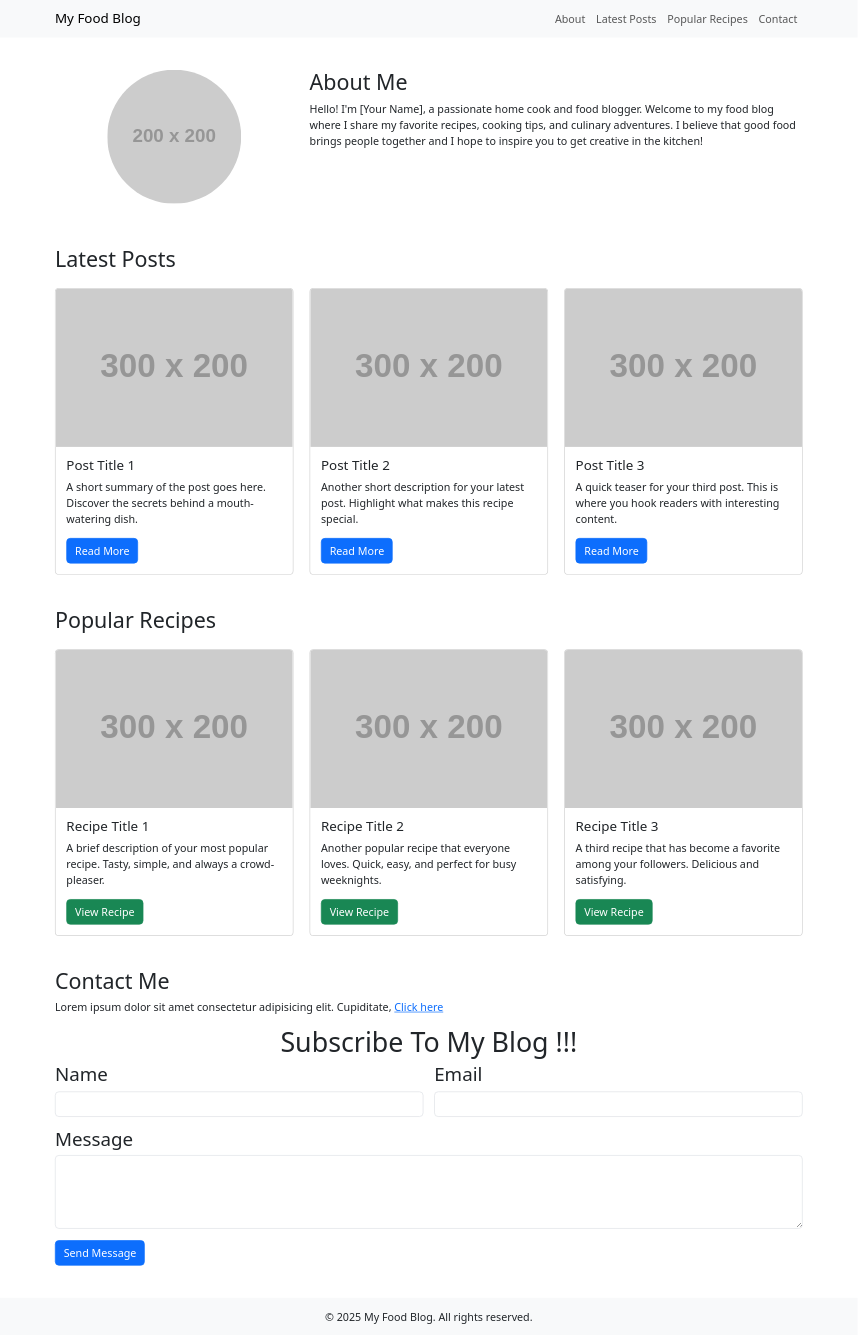
Repository: arunyerram/Web-TEChnologies
Page: 15.03.2025.html
An editor plug-in stored every save of this project. The page is shown before and after the next save, followed by the edit.
The browser window is 1280 px wide. The pictures show the whole page, at 67% of full size.

Above is the page before, as saved 2025-03-19 11:24:03.

### 15.03.2025.html
<!DOCTYPE html>
<html lang="en">
<head>
  <meta charset="UTF-8" />
  <meta name="viewport" content="width=device-width, initial-scale=1" />
  <title>My Food Blog</title>
  <!-- Bootstrap 5 CSS -->
  <link
    href="https://cdn.jsdelivr.net/npm/bootstrap@5.3.0/dist/css/bootstrap.min.css"
    rel="stylesheet"
  />
</head>
<body>

  <!-- ======= Header / Navbar ======= -->
  <header>
    <nav class="navbar navbar-expand-lg navbar-light bg-light">
      <div class="container">
        <a class="navbar-brand" href="#">My Food Blog</a>
        <button
          class="navbar-toggler"
          type="button"
          data-bs-toggle="collapse"
          data-bs-target="#navbarSupportedContent"
          aria-controls="navbarSupportedContent"
          aria-expanded="false"
          aria-label="Toggle navigation"
        >
          <span class="navbar-toggler-icon"></span>
        </button>

        <div class="collapse navbar-collapse" id="navbarSupportedContent">
          <ul class="navbar-nav ms-auto mb-2 mb-lg-0">
            <li class="nav-item">
              <a class="nav-link" href="#about">About</a>
            </li>
            <li class="nav-item">
              <a class="nav-link" href="#latest-posts">Latest Posts</a>
            </li>
            <li class="nav-item">
              <a class="nav-link" href="#popular-recipes">Popular Recipes</a>
            </li>
            <li class="nav-item">
              <a class="nav-link" href="#contact">Contact</a>
            </li>
          </ul>
        </div>
      </div>
    </nav>
  </header>

  <!-- ======= Main Content ======= -->
  <main class="container my-5">

    <!-- About Section -->
    <section id="about" class="mb-5">
      <div class="row">
        <div class="col-md-4 text-center">
          <!-- Replace with your own image -->
          <img
            src="https://via.placeholder.com/200"
            alt="Author"
            class="img-fluid rounded-circle mb-3"
          />
        </div>
        <div class="col-md-8">
          <h2>About Me</h2>
          <p>
            Hello! I'm [Your Name], a passionate home cook and food blogger.
            Welcome to my food blog where I share my favorite recipes,
            cooking tips, and culinary adventures. I believe that good food
            brings people together and I hope to inspire you to get creative
            in the kitchen!
          </p>
        </div>
      </div>
    </section>

    <!-- Latest Blog Posts -->
    <section id="latest-posts" class="mb-5">
      <h2 class="mb-4">Latest Posts</h2>
      <div class="row row-cols-1 row-cols-md-3 g-4">
        <!-- Card 1 -->
        <div class="col">
          <div class="card">
            <img
              src="https://via.placeholder.com/300x200"
              class="card-img-top"
              alt="Post Image 1"
            />
            <div class="card-body">
              <h5 class="card-title">Post Title 1</h5>
              <p class="card-text">
                A short summary of the post goes here. Discover the secrets
                behind a mouth-watering dish.
              </p>
              <a href="#" class="btn btn-primary">Read More</a>
            </div>
          </div>
        </div>
        <!-- Card 2 -->
        <div class="col">
          <div class="card">
            <img
              src="https://via.placeholder.com/300x200"
              class="card-img-top"
              alt="Post Image 2"
            />
            <div class="card-body">
              <h5 class="card-title">Post Title 2</h5>
              <p class="card-text">
                Another short description for your latest post. Highlight
                what makes this recipe special.
              </p>
              <a href="#" class="btn btn-primary">Read More</a>
            </div>
          </div>
        </div>
        <!-- Card 3 -->
        <div class="col">
          <div class="card">
            <img
              src="https://via.placeholder.com/300x200"
              class="card-img-top"
              alt="Post Image 3"
            />
            <div class="card-body">
              <h5 class="card-title">Post Title 3</h5>
              <p class="card-text">
                A quick teaser for your third post. This is where you hook
                readers with interesting content.
              </p>
              <a href="#" class="btn btn-primary">Read More</a>
            </div>
          </div>
        </div>
      </div>
    </section>

    <!-- Popular Recipes -->
    <section id="popular-recipes" class="mb-5">
      <h2 class="mb-4">Popular Recipes</h2>
      <div class="row row-cols-1 row-cols-md-3 g-4">
        <!-- Recipe Card 1 -->
        <div class="col">
          <div class="card">
            <img
              src="https://via.placeholder.com/300x200"
              class="card-img-top"
              alt="Recipe Image 1"
            />
            <div class="card-body">
              <h5 class="card-title">Recipe Title 1</h5>
              <p class="card-text">
                A brief description of your most popular recipe. Tasty,
                simple, and always a crowd-pleaser.
              </p>
              <a href="#" class="btn btn-success">View Recipe</a>
            </div>
          </div>
        </div>
        <!-- Recipe Card 2 -->
        <div class="col">
          <div class="card">
            <img
              src="https://via.placeholder.com/300x200"
              class="card-img-top"
              alt="Recipe Image 2"
            />
            <div class="card-body">
              <h5 class="card-title">Recipe Title 2</h5>
              <p class="card-text">
                Another popular recipe that everyone loves. Quick, easy, and
                perfect for busy weeknights.
              </p>
              <a href="#" class="btn btn-success">View Recipe</a>
            </div>
          </div>
        </div>
        <!-- Recipe Card 3 -->
        <div class="col">
          <div class="card">
            <img
              src="https://via.placeholder.com/300x200"
              class="card-img-top"
              alt="Recipe Image 3"
            />
            <div class="card-body">
              <h5 class="card-title">Recipe Title 3</h5>
              <p class="card-text">
                A third recipe that has become a favorite among your
                followers. Delicious and satisfying.
              </p>
              <a href="#" class="btn btn-success">View Recipe</a>
            </div>
          </div>
        </div>
      </div>
    </section>

    <!-- Contact Section -->
    <section id="contact">
      <h2 >Contact Me</h2>
      <p>Lorem ipsum dolor sit amet consectetur adipisicing elit. Cupiditate, <a href="#">Click here</a></p>
    </section>


    <section>
      <h1 style="text-align : center"> Subscribe To My Blog !!!</h1>
      <h3
      <form class="row g-3 needs-validation" novalidate>
        <div class="col-md-6">
          <label for="name" class="form-label">Name</label>
          <input
            type="text"
            class="form-control"
            id="name"
            required
          />
          <div class="invalid-feedback">
            Please provide your name.
          </div>
        </div>
        <div class="col-md-6">
          <label for="email" class="form-label">Email</label>
          <input
            type="email"
            class="form-control"
            id="email"
            required
          />
          <div class="invalid-feedback">
            Please provide a valid email address.
          </div>
        </div>
        <div class="col-12">
          <label for="message" class="form-label">Message</label>
          <textarea
            class="form-control"
            id="message"
            rows="4"
            required
          ></textarea>
          <div class="invalid-feedback">
            Please enter your message.
          </div>
        </div>
        <div class="col-12">
          <button class="btn btn-primary" type="submit">Send Message</button>
        </div>
      </form>
    </section>

  </main>

  <!-- ======= Footer ======= -->
  <footer class="bg-light text-center py-3">
    <p class="mb-0">&copy; 2025 My Food Blog. All rights reserved.</p>
  </footer>

  <!-- Bootstrap 5 JS (Popper + Bootstrap) -->
  <script
    src="https://cdn.jsdelivr.net/npm/bootstrap@5.3.0/dist/js/bootstrap.bundle.min.js"
  ></script>

  <!-- Form Validation Script -->
  <script>
    (function () {
      'use strict';
      const forms = document.querySelectorAll('.needs-validation');
      Array.prototype.slice.call(forms).forEach(function (form) {
        form.addEventListener('submit', function (event) {
          if (!form.checkValidity()) {
            event.preventDefault();
            event.stopPropagation();
          }
          form.classList.add('was-validated');
        }, false);
      });
    })();
  </script>
</body>
</html>

After the next save:
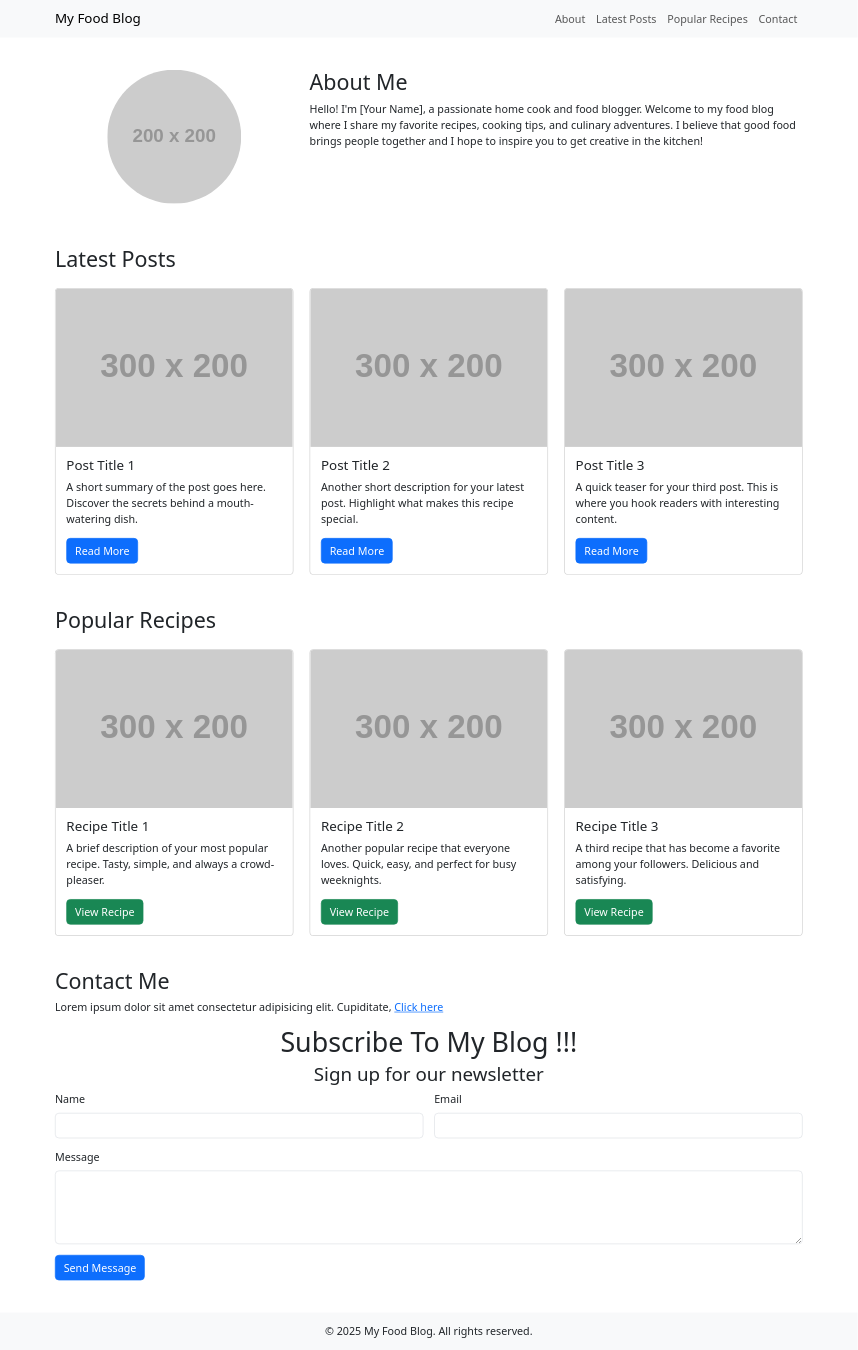
Saved 5 s later.
--- a/15.03.2025.html
+++ b/15.03.2025.html
@@ -207,7 +207,7 @@
 
     <section>
       <h1 style="text-align : center"> Subscribe To My Blog !!!</h1>
-      <h3
+      <h3 style="text-align : center">Sign up for our newsletter</h3>
       <form class="row g-3 needs-validation" novalidate>
         <div class="col-md-6">
           <label for="name" class="form-label">Name</label>
